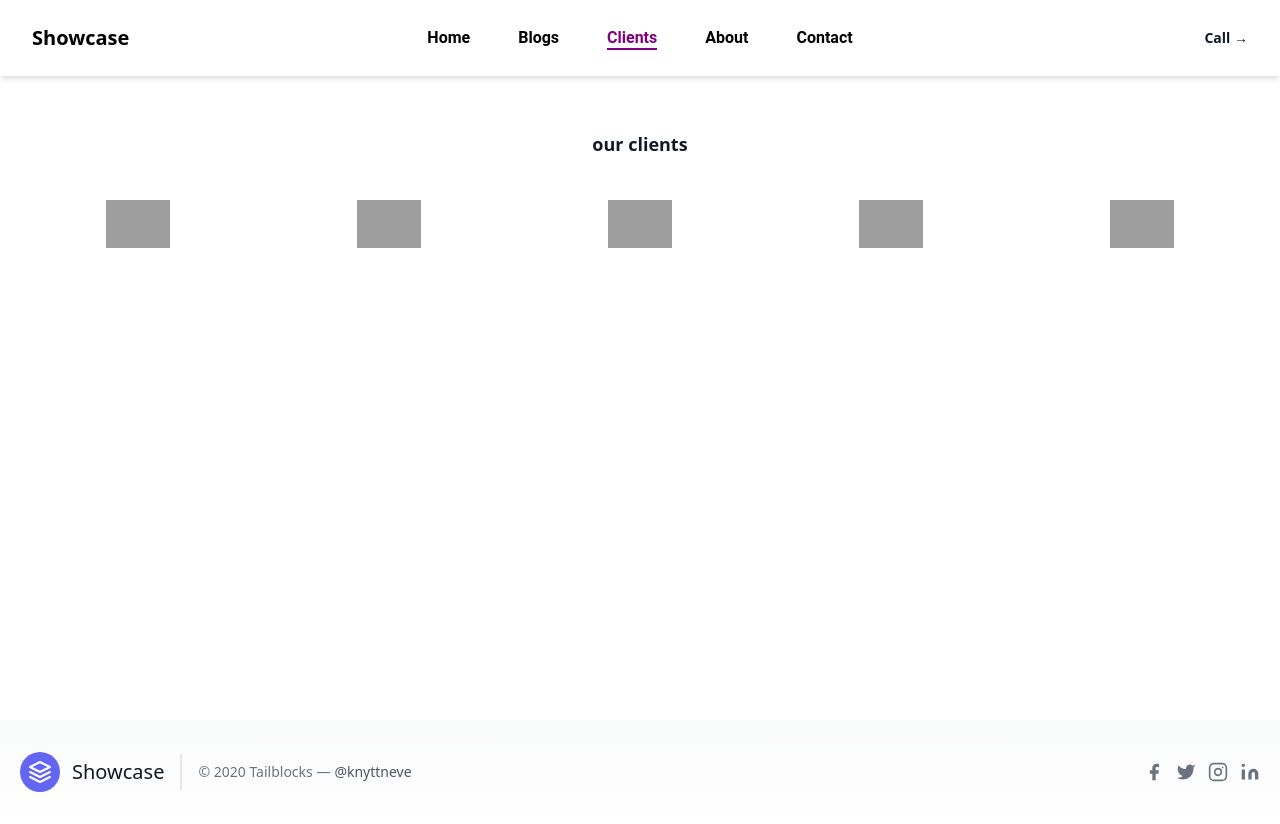
Repository: prashant523580/showcase
Page: /clients
The author's editor kept a copy of each file at every save. The page is drawn from the files as they stood at one save, then again after the next save.
The browser window is 1280 px wide. The pictures show the whole page.
Pictures or frames that could not be fetched are drawn as grey boxes. The project was rebuilt for these pictures with package versions that can differ from the ones it lists, and the page was loaded fresh each time. The framework's server and built-in components were replaced by stand-ins that run in the browser. Also part of the build but not shown: next.config.js.

Above is the page before, as saved 2023-03-25 17:35:43.

### src/pages/_app.tsx
import Footer from '@/components/Footer'
import Navbar from '@/components/Navbar'
import React from "react";
import '@/styles/globals.css'
import type { AppProps } from 'next/app'
import AOS from "aos";
import "aos/dist/aos.css"
export default function App({ Component, pageProps }: AppProps) {
  React.useEffect(()=>{
      AOS.init()
  },[])
  return(
<>
    <Navbar/>
    <Component {...pageProps} />
    <Footer/>
</>
    )
}

### src/pages/clients.tsx
export default function Clients() {
    return (
      <div className="bg-white py-24 sm:py-32 h-[100vh]">
        <div className="mx-auto max-w-7xl px-6 lg:px-8">
          <h2 className="text-center text-lg font-semibold leading-8 text-gray-900">
           our clients
          </h2>
          <div className="mx-auto mt-10 grid max-w-lg grid-cols-4 items-center gap-x-8 gap-y-10 sm:max-w-xl sm:grid-cols-6 sm:gap-x-10 lg:mx-0 lg:max-w-none lg:grid-cols-5">
            <img
              className="col-span-2 max-h-12 w-full object-contain lg:col-span-1"
              src="https://tailwindui.com/img/logos/158x48/transistor-logo-gray-900.svg"
              alt="Transistor"
              width={158}
              height={48}
            />
            <img
              className="col-span-2 max-h-12 w-full object-contain lg:col-span-1"
              src="https://tailwindui.com/img/logos/158x48/reform-logo-gray-900.svg"
              alt="Reform"
              width={158}
              height={48}
            />
            <img
              className="col-span-2 max-h-12 w-full object-contain lg:col-span-1"
              src="https://tailwindui.com/img/logos/158x48/tuple-logo-gray-900.svg"
              alt="Tuple"
              width={158}
              height={48}
            />
            <img
              className="col-span-2 max-h-12 w-full object-contain sm:col-start-2 lg:col-span-1"
              src="https://tailwindui.com/img/logos/158x48/savvycal-logo-gray-900.svg"
              alt="SavvyCal"
              width={158}
              height={48}
            />
            <img
              className="col-span-2 col-start-2 max-h-12 w-full object-contain sm:col-start-auto lg:col-span-1"
              src="https://tailwindui.com/img/logos/158x48/statamic-logo-gray-900.svg"
              alt="Statamic"
              width={158}
              height={48}
            />
          </div>
        </div>
      </div>
    )
  }

### src/components/Footer.tsx
import React from 'react'

export default function Footer() {
  return (
    <footer className="text-gray-600 body-font">
  <div className="container px-5 py-8 mx-auto flex items-center sm:flex-row flex-col">
    <a className="flex title-font font-medium items-center md:justify-start justify-center text-gray-900">
      <svg xmlns="http://www.w3.org/2000/svg" fill="none" stroke="currentColor" stroke-linecap="round" stroke-linejoin="round" stroke-width="2" className="w-10 h-10 text-white p-2 bg-indigo-500 rounded-full" viewBox="0 0 24 24">
        <path d="M12 2L2 7l10 5 10-5-10-5zM2 17l10 5 10-5M2 12l10 5 10-5"></path>
      </svg>
      <span className="ml-3 text-xl">Showcase</span>
    </a>
    <p className="text-sm text-gray-500 sm:ml-4 sm:pl-4 sm:border-l-2 sm:border-gray-200 sm:py-2 sm:mt-0 mt-4">© 2020 Tailblocks —
      <a href="https://twitter.com/knyttneve" className="text-gray-600 ml-1" rel="noopener noreferrer" target="_blank">@knyttneve</a>
    </p>
    <span className="inline-flex sm:ml-auto sm:mt-0 mt-4 justify-center sm:justify-start">
      <a className="text-gray-500">
        <svg fill="currentColor" stroke-linecap="round" stroke-linejoin="round" stroke-width="2" className="w-5 h-5" viewBox="0 0 24 24">
          <path d="M18 2h-3a5 5 0 00-5 5v3H7v4h3v8h4v-8h3l1-4h-4V7a1 1 0 011-1h3z"></path>
        </svg>
      </a>
      <a className="ml-3 text-gray-500">
        <svg fill="currentColor" stroke-linecap="round" stroke-linejoin="round" stroke-width="2" className="w-5 h-5" viewBox="0 0 24 24">
          <path d="M23 3a10.9 10.9 0 01-3.14 1.53 4.48 4.48 0 00-7.86 3v1A10.66 10.66 0 013 4s-4 9 5 13a11.64 11.64 0 01-7 2c9 5 20 0 20-11.5a4.5 4.5 0 00-.08-.83A7.72 7.72 0 0023 3z"></path>
        </svg>
      </a>
      <a className="ml-3 text-gray-500">
        <svg fill="none" stroke="currentColor" stroke-linecap="round" stroke-linejoin="round" stroke-width="2" className="w-5 h-5" viewBox="0 0 24 24">
          <rect width="20" height="20" x="2" y="2" rx="5" ry="5"></rect>
          <path d="M16 11.37A4 4 0 1112.63 8 4 4 0 0116 11.37zm1.5-4.87h.01"></path>
        </svg>
      </a>
      <a className="ml-3 text-gray-500">
        <svg fill="currentColor" stroke="currentColor" stroke-linecap="round" stroke-linejoin="round" stroke-width="0" className="w-5 h-5" viewBox="0 0 24 24">
          <path stroke="none" d="M16 8a6 6 0 016 6v7h-4v-7a2 2 0 00-2-2 2 2 0 00-2 2v7h-4v-7a6 6 0 016-6zM2 9h4v12H2z"></path>
          <circle cx="4" cy="4" r="2" stroke="none"></circle>
        </svg>
      </a>
    </span>
  </div>
</footer>
  )
}

### src/components/Navbar.tsx
// import React from 'react'

// export default function Navbar() {
//   return (
//     <header className="text-gray-600 body-font">
//   <div className="container mx-auto flex flex-wrap p-5 flex-col md:flex-row items-center">
//     <nav className="flex lg:w-2/5 flex-wrap items-center text-base md:ml-auto">
//       <a className="mr-5 hover:text-gray-900">First Link</a>
//       <a className="mr-5 hover:text-gray-900">Second Link</a>
//       <a className="mr-5 hover:text-gray-900">Third Link</a>
//       <a className="hover:text-gray-900">Fourth Link</a>
//     </nav>
//     <a className="flex order-first lg:order-none lg:w-1/5 title-font font-medium items-center text-gray-900 lg:items-center lg:justify-center mb-4 md:mb-0">
//       <svg xmlns="http://www.w3.org/2000/svg" fill="none" stroke="currentColor" stroke-linecap="round" stroke-linejoin="round" stroke-width="2" className="w-10 h-10 text-white p-2 bg-indigo-500 rounded-full" viewBox="0 0 24 24">
//         <path d="M12 2L2 7l10 5 10-5-10-5zM2 17l10 5 10-5M2 12l10 5 10-5"></path>
//       </svg>
//       <span className="ml-3 text-xl">Tailblocks</span>
//     </a>
//     <div className="lg:w-2/5 inline-flex lg:justify-end ml-5 lg:ml-0">
//       <button className="inline-flex items-center bg-gray-100 border-0 py-1 px-3 focus:outline-none hover:bg-gray-200 rounded text-base mt-4 md:mt-0">Button
//         <svg fill="none" stroke="currentColor" stroke-linecap="round" stroke-linejoin="round" stroke-width="2" className="w-4 h-4 ml-1" viewBox="0 0 24 24">
//           <path d="M5 12h14M12 5l7 7-7 7"></path>
//         </svg>
//       </button>
//     </div>
//   </div>
// </header>
//   )
// }
import React, { useState } from 'react'
import {useRouter} from "next/router"
import { Dialog } from '@headlessui/react'
import { Bars3Icon, XMarkIcon } from '@heroicons/react/24/outline'
import Link from 'next/link'

const navigation = [
  { name: 'Home', href: '/' },
  { name: 'Blogs', href: '/blogs' },
  { name: 'Clients', href: '/clients' },
  { name: 'About', href: '/about' },
  { name: 'Contact', href: '/contact' },
]
function ActiveLink({ children, href } : any) {
  const router = useRouter();
  const style = {
      // padding: 10,
    // marginRight: 10,
    fontWeight:"bold",
    color: router.asPath === href ? 'purple' : 'black',
    boxShadow:  router.asPath === href ? "inset 0 -2px 0 0 purple" : "none",
    fontFamily: "'Roboto', sans-serif",
  }

  const handleClick = (e : any) => {
    e.preventDefault()
    router.push(href)
  }

  return (
    <a href={href} onClick={handleClick} style={style}>
      {children}
    </a>
  )
}
export default function Example() {
  const [mobileMenuOpen, setMobileMenuOpen] = useState(false)

  return (
    <div className="bg-white">
      <header className="absolute shadow-md bg-white inset-x-0 top-0 z-50">
        <nav className="flex items-center justify-between p-6 lg:px-8" aria-label="Global">
          <div className="flex lg:flex-1">
            <Link href="/" className="-m-1.5 p-1.5">
              <span className="sr-only">Showcase</span>
              {/* <img
                className="h-8 w-auto"
                src="https://tailwindui.com/img/logos/mark.svg?color=indigo&shade=600"
                alt=""
              /> */}
              <h1 className='font-bold text-xl'>Showcase</h1>
            </Link>
          </div>
          <div className="flex lg:hidden">
            <button
              type="button"
              className="-m-2.5 inline-flex items-center justify-center rounded-md p-2.5 text-gray-700"
              onClick={() => setMobileMenuOpen(true)}
            >
              <span className="sr-only">Open main menu</span>
              <Bars3Icon className="h-6 w-6" aria-hidden="true" />
            </button>
          </div>
          <div className="hidden lg:flex lg:gap-x-12">
            {navigation.map((item) => (
              <ActiveLink key={item.name} href={item.href}>
                {item.name}
              </ActiveLink>
            ))}
          </div>
          <div className="hidden lg:flex lg:flex-1 lg:justify-end">
            <Link href="tel:+9779816514719" className="text-sm font-semibold leading-6 text-gray-900">
              Call <span aria-hidden="true">&rarr;</span>
            </Link>
          </div>
        </nav>
        <Dialog as="div" className="lg:hidden transition-all" open={mobileMenuOpen} onClose={setMobileMenuOpen}>
          <div className="fixed inset-0 z-50  transition-all" />
          <Dialog.Panel className="fixed transition-all inset-y-0 right-0 z-50 w-full overflow-y-auto bg-white px-6 py-6 sm:max-w-sm sm:ring-1 sm:ring-gray-900/10">
            <div className="flex items-center justify-between">
              <Link href="#" className="-m-1.5 p-1.5">
                <span className="sr-only">Showcase</span>
                <img
                  className="h-8 w-auto"
                  src="https://tailwindui.com/img/logos/mark.svg?color=indigo&shade=600"
                  alt=""
                />
              </Link>
              <button
                type="button"
                className="-m-2.5 rounded-md p-2.5 text-gray-700"
                onClick={() => setMobileMenuOpen(false)}
              >
                <span className="sr-only">Close menu</span>
                <XMarkIcon className="h-6 w-6" aria-hidden="true" />
              </button>
            </div>
            <div className="mt-6 flow-root">
              <div className="-my-6 divide-y divide-gray-500/10">
                <div className="space-y-2 py-6">
                  {navigation.map((item) => (
                    <Link
                      key={item.name}
                      href={item.href}
                      className="-mx-3 block rounded-lg py-2 px-3 text-base font-semibold leading-7 text-gray-900 hover:bg-gray-50"
                    >
                      {item.name}
                    </Link>
                  ))}
                </div>
                <div className="py-6">
                  <Link
                    href="#"
                    className="-mx-3 block rounded-lg py-2.5 px-3 text-base font-semibold leading-7 text-gray-900 hover:bg-gray-50"
                  >
                    Log in
                  </Link>
                </div>
              </div>
            </div>
          </Dialog.Panel>
        </Dialog>
      </header>


    </div>
  )
}

### src/styles/globals.css
@tailwind base;
@tailwind components;
@tailwind utilities;
@import url('https://fonts.googleapis.com/css2?family=Aclonica&family=Caveat&family=DM+Serif+Text&family=Oswald&family=Roboto&family=Vollkorn&display=swap');

:root {
  --max-width: 1100px;
  --border-radius: 12px;
  --font-mono: ui-monospace, Menlo, Monaco, 'Cascadia Mono', 'Segoe UI Mono',
    'Roboto Mono', 'Oxygen Mono', 'Ubuntu Monospace', 'Source Code Pro',
    'Fira Mono', 'Droid Sans Mono', 'Courier New', monospace;

  --foreground-rgb: 0, 0, 0;
  --background-start-rgb: 214, 219, 220;
  --background-end-rgb: 255, 255, 255;

  --primary-glow: conic-gradient(
    from 180deg at 50% 50%,
    #16abff33 0deg,
    #0885ff33 55deg,
    #54d6ff33 120deg,
    #0071ff33 160deg,
    transparent 360deg
  );
  --secondary-glow: radial-gradient(
    rgba(255, 255, 255, 1),
    rgba(255, 255, 255, 0)
  );

  --tile-start-rgb: 239, 245, 249;
  --tile-end-rgb: 228, 232, 233;
  --tile-border: conic-gradient(
    #00000080,
    #00000040,
    #00000030,
    #00000020,
    #00000010,
    #00000010,
    #00000080
  );

  --callout-rgb: 238, 240, 241;
  --callout-border-rgb: 172, 175, 176;
  --card-rgb: 180, 185, 188;
  --card-border-rgb: 131, 134, 135;
}

@media (prefers-color-scheme: dark) {
  :root {
    --foreground-rgb: 255, 255, 255;
    --background-start-rgb: 0, 0, 0;
    --background-end-rgb: 0, 0, 0;

    --primary-glow: radial-gradient(rgba(1, 65, 255, 0.4), rgba(1, 65, 255, 0));
    --secondary-glow: linear-gradient(
      to bottom right,
      rgba(1, 65, 255, 0),
      rgba(1, 65, 255, 0),
      rgba(1, 65, 255, 0.3)
    );

    --tile-start-rgb: 2, 13, 46;
    --tile-end-rgb: 2, 5, 19;
    --tile-border: conic-gradient(
      #ffffff80,
      #ffffff40,
      #ffffff30,
      #ffffff20,
      #ffffff10,
      #ffffff10,
      #ffffff80
    );

    --callout-rgb: 20, 20, 20;
    --callout-border-rgb: 108, 108, 108;
    --card-rgb: 100, 100, 100;
    --card-border-rgb: 200, 200, 200;
  }
}

* {
  box-sizing: border-box;
  padding: 0;
  margin: 0;
}

html,
body {
  max-width: 100vw;
  overflow-x: hidden;

}

body {
  color: rgb(var(--foreground-rgb));
  background: linear-gradient(
      to bottom,
      transparent,
      rgb(var(--background-end-rgb))
    )
    rgb(var(--background-start-rgb));
      /*
    font-family: 'Vollkorn', serif;
    font-family: 'Oswald', sans-serif;
    font-family: 'Aclonica', sans-serif;
    font-family: 'Caveat', cursive;
    font-family: 'DM Serif Text', serif;
    font-family: 'Roboto', sans-serif;
    */
}

a {
  color: inherit;
  text-decoration: none;
}

@media (prefers-color-scheme: dark) {
  html {
    color-scheme: dark;
  }
}

Loaded but not shown: src/pages/_document.tsx (common file); tailwind.config.js (common file)

After the next save:
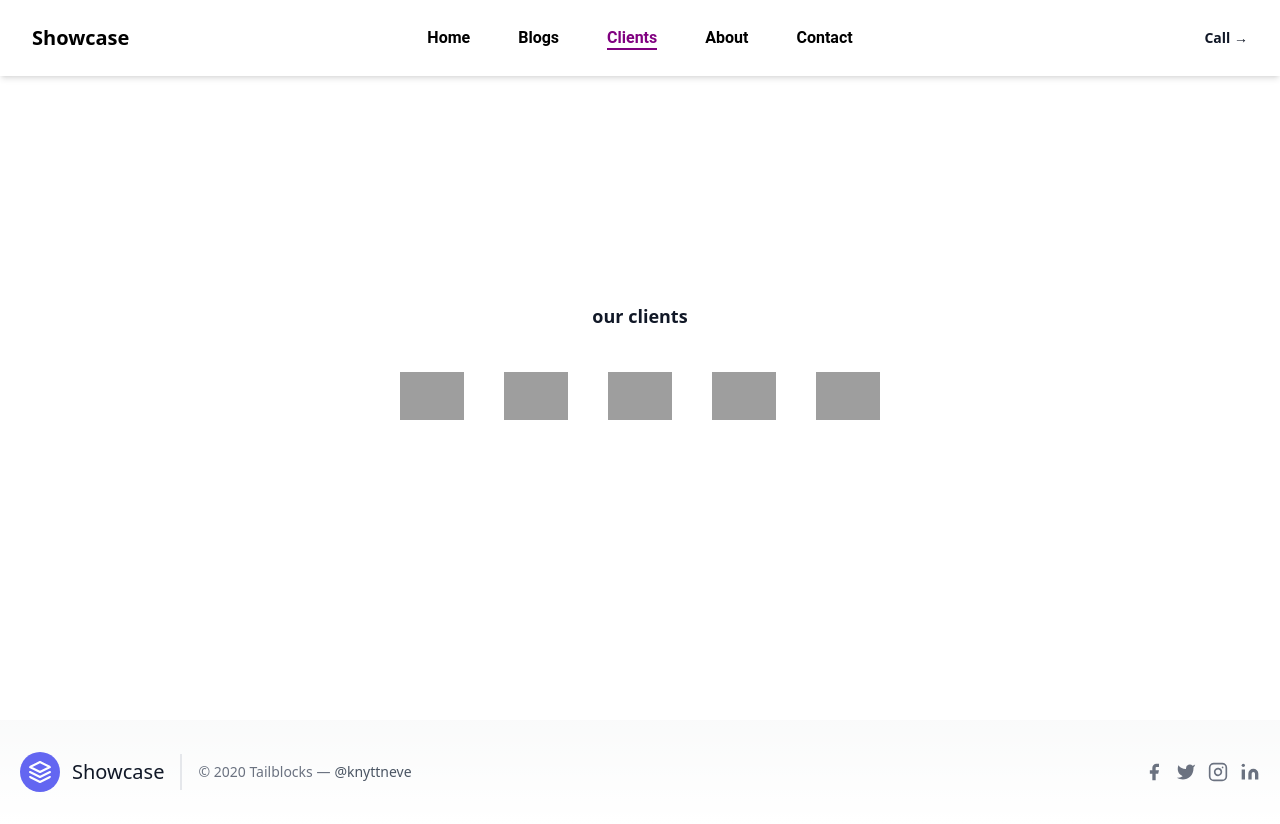
Saved 76 s later.
--- a/src/pages/clients.tsx
+++ b/src/pages/clients.tsx
@@ -1,6 +1,6 @@
 export default function Clients() {
     return (
-      <div className="bg-white py-24 sm:py-32 h-[100vh]">
+      <div className="bg-white py-24 sm:py-32 h-[100vh] flex flex-col justify-center items-center">
         <div className="mx-auto max-w-7xl px-6 lg:px-8">
           <h2 className="text-center text-lg font-semibold leading-8 text-gray-900">
            our clients
